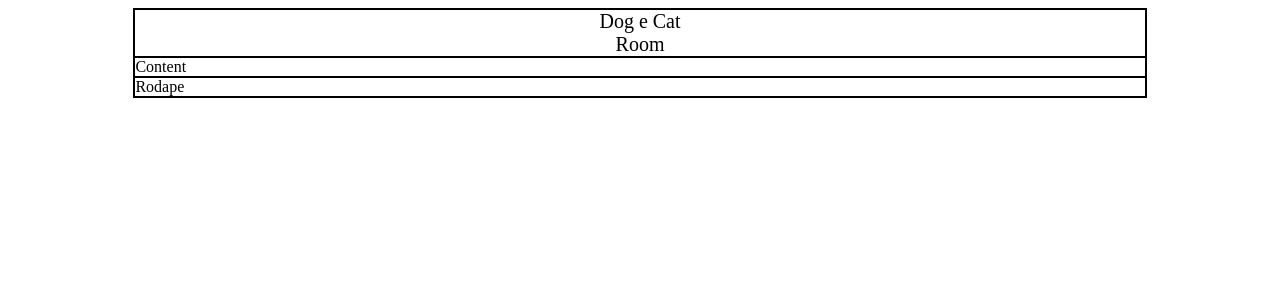
Repository: Natanzx/DogECatRoom
Page: http://localhost/DogECatRoom/login.jsp
These files come from the project's save history. The page is drawn as it stood at one moment and after the next save; the edit follows.
The browser window is 1280 px wide. The pictures show the whole page.
The page is served by Tomcat 9. Other server files are loaded and not shown.

Above is the page before, as saved 2016-05-15 18:17:00.

### DogECatRoom/WebContent/login.jsp
<%@ page language="java" contentType="text/html; charset=ISO-8859-1"
    pageEncoding="ISO-8859-1"%>
<!DOCTYPE html PUBLIC "-//W3C//DTD HTML 4.01 Transitional//EN" "http://www.w3.org/TR/html4/loose.dtd">
<html>
<head>
	<meta http-equiv="Content-Type" content="text/html; charset=ISO-8859-1">
	<title>Efetuar Login</title>

	<link rel="stylesheet" type="text/css" href="/DogECatRoom/bibliotecas/css/estilos.css">
</head>
<body>
	<div class="divMargin">
		<div style="text-align: center; font-size: 20px; font-family: Century Gothic";>
			Dog e Cat
			<br>
			Room
		</div>

		<div>
			Content
		</div>

		<div>
			Rodape
		</div>
	</div>
</body>
</html>

### DogECatRoom/WebContent/bibliotecas/css/estilos.css
@CHARSET "ISO-8859-1";

div {

	border				: 1px solid black;
}

.divMargin{
	width				: 80%;
	margin				: auto;

}

After the next save:
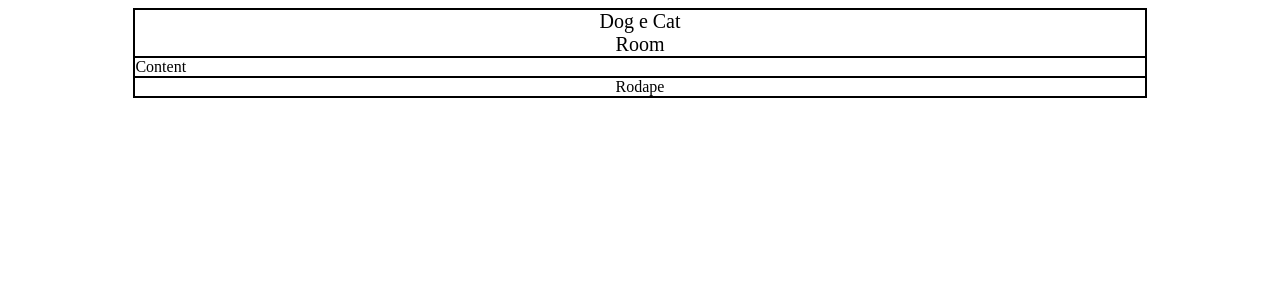
Saved 7 min 51 s later.
--- a/DogECatRoom/WebContent/login.jsp
+++ b/DogECatRoom/WebContent/login.jsp
@@ -20,7 +20,7 @@
 			Content
 		</div>
 
-		<div>
+		<div style="text-align: center;">
 			Rodape
 		</div>
 	</div>
